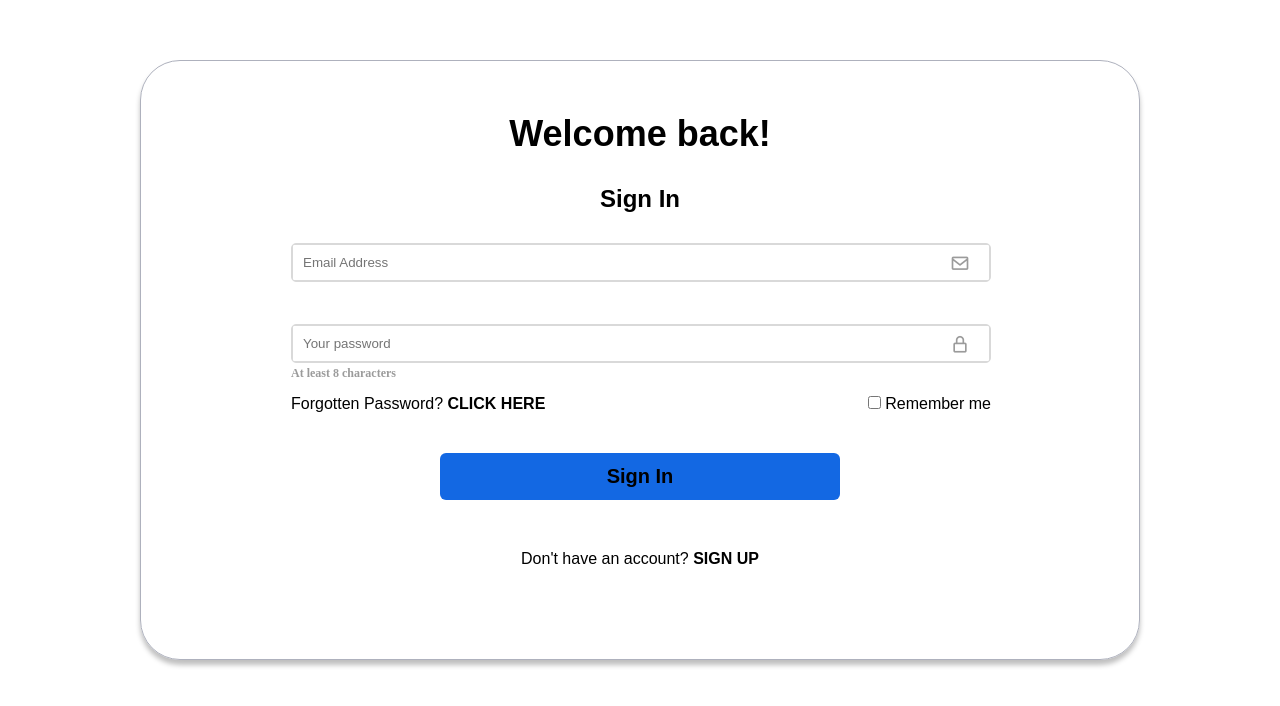
Repository: Rellzcodez/Group1-Team8
Page: pages/signin.html
The author's editor kept a copy of each file at every save. The page is drawn from the files as they stood at one save, then again after the next save.
The browser window is 1280 px wide. The pictures show the whole page.
The pointer rests on the first visible `.btn-submit`.

Above is the page before, as saved 2022-09-11 20:11:18.

### pages/signin.html
<!DOCTYPE html>
<html lang="en">
<head>
    <meta charset="UTF-8">
    <meta http-equiv="X-UA-Compatible" content="IE=edge">
    <meta name="viewport" content="width=device-width, initial-scale=1.0">
    <link rel="icon" type="image/png" sizes="32x32" href="/images/favicon-32x32.png">
    <link href='https://unpkg.com/boxicons@2.1.2/css/boxicons.min.css' rel='stylesheet'>
    <link rel="stylesheet" href="/css/signin.css">
    <title>SIGN IN</title>
</head>
 <body>
    <div class="form-container">
     <h1 class="heading">Welcome back!</h1>
    <form action="action_page.php" class="login active" method="post">

        <h2 class="heading">Sign In</h2>
     <div class="container">
        <div class="email">
            <input type="email" placeholder="Email Address" name="email" required>
            <i class='bx bx-envelope'></i>
        </div>
        <div class="password">
            <input type="password" pattern=".{8,}" id="password" placeholder="Your password" required>
            <i class='bx bx-lock-alt' ></i>
        </div>
        <span class="help-text">At least 8 characters</span>
        </div>

        <div class="container2">
            <p>Forgotten Password? <span><a href="#">CLICK HERE</a></span></p>
                <div class="checkbox">
                <input type="checkbox" name="remember"> Remember me
                </div>
               </div>
        <div class="btn">
            <button type="submit" class="btn-submit"><b><a href="#">Sign In</a></b></button>
        </div>
        <div class="signup">
            <p>Don't have an account? <span><a href="/pages/signup.html" onclick="switchForm('login', event)">SIGN UP</a></span></p>
        </div>
     </form>
    </div>
    <script src="signin.js"></script>
</body>
 </html>

### css/signin.css
*{
    padding: 0;
    margin: 0;
    box-sizing: border-box;
}

body{
    display: flex;
    justify-content: center;
    margin: 0 auto;
    align-items: center;
    place-items: center;
    min-height: 100vh;
    padding: 0 16px;

}
a {
    color: #000;
    transition: all .3s ease;
    text-decoration: none;
}
a:hover {
    color: #C6C6C6;
}

.form-container{
    background: rgba(255, 255, 255, 0.82);
     border: 1px solid #AEB1BD;
    box-shadow: 0px 5px 5px rgba(0, 0, 0, 0.25);
    border-radius: 40px;
    margin: 2% auto;
    width: 1000px;
    height: 600px;
}
h1, h2, .btn{
    text-align: center;
    font-family: 'Poppins', sans-serif;
    margin-bottom: 30px;
}
h1{
    font-size: 36px;
    font-weight: 700;
    margin-top: 52px;
}
h2{
    font-size: 24px;
    font-weight: 700;
    margin-top: 30px;
}

.container, .container2{
    width: 700px;
    margin: 0 150px 0 150px;
    margin-bottom: 14px;
}
.email, .password{
    font-family: 'Poppins', sans-serif;
    font-weight: 400;
    font-size: 20px;
    width: 700px;
    border: 1px solid #D9D9D9;
    border-radius: 5px;
    color: #858A9B;
    width: 100%;
    position: relative;
}
.email{
    margin-bottom: 42px;
    width: 100%;
    position: relative;
}
.password{
    /* margin-bottom: 24px; */
    width: 100%;
    position: relative;
}

.email input {
    padding: 12px 40px 12px 20px;
    outline: none;
    border-radius: 6px;
    border: 1px solid #AEB1BD;
    width: 100%;
    transition: all .3s ease;
}
.password input {
    padding: 12px 40px 12px 20px;
    outline: none;
    border-radius: 6px;
    border: 1px solid #AEB1BD;
    width: 100%;
    transition: all .3s ease;
}

/* Validation */
.email input:focus,
.email input:not(:placeholder-shown) {
    border-color: #277FFE;
    background: #F4F2FF;
}
.email input:focus + i,
.email input:not(:placeholder-shown) + i {
    color: #277FFE;
}
.email input:focus:valid {
    box-shadow: 0 0 0 4px #AECFFF;
}

.email input:valid:not(:placeholder-shown) {
    border-color:#23AE00;
}
.email input:valid:not(:placeholder-shown) + i {
    color:#23AE00;
}
.email input:invalid:not(:placeholder-shown) {
    border-color:#FE2727;
}
.email input:invalid:not(:placeholder-shown) + i {
    color:#FE2727;
}
.email input:focus:invalid {
    box-shadow: 0 0 0 4px #FFD2D2;
}
.email input:focus,
.email input:focus:placeholder-shown {
    box-shadow: 0 0 0 4px #AECFFF;
}
    .password input:focus,
    .password input:not(:placeholder-shown) {
        border-color: #277FFE;
        background: #F4F2FF;
    }
    .password input:focus + i,
    .password input:not(:placeholder-shown) + i {
        color: #277FFE;
    }
    .password input:focus:valid {
        box-shadow: 0 0 0 4px #AECFFF;
    }

    .password input:valid:not(:placeholder-shown) {
        border-color:#23AE00;
    }
    .password input:valid:not(:placeholder-shown) + i {
        color:#23AE00;
    }
    .password input:invalid:not(:placeholder-shown) {
        border-color:#FE2727;
    }
    .password input:invalid:not(:placeholder-shown) + i {
        color:#FE2727;
    }
    .password input:focus:invalid {
        box-shadow: 0 0 0 4px #FFD2D2;
    }
    .password input:focus,
    .password input:focus:placeholder-shown {
        box-shadow: 0 0 0 4px #AECFFF;
    }
    /* Validation */
.email i {
    position: absolute;
   top: 50%;
   transform: translateY(-50%);
   right: 20px;
   color: #9B9B9B;
   pointer-events: none;
}
.password i {
   position: absolute;
   top: 50%;
   transform: translateY(-50%);
   right: 20px;
   color: #9B9B9B;
   pointer-events: none;
}
.container .help-text {
   font-size: 12px;
   color: #9B9B9B;
}

form input:not([type='checkbox']) {
    border: 1px solid #D9D9D9;
    outline: none;
    padding: 10px;
    width: 100%;
    border-radius: 2px;
    display: inline;
}

.container2 {
    display: flex;
    justify-content: space-between;
    margin-bottom: 40px;
    color: black;
    font-weight: 400;
    font-size: 16px;
    font-family: 'Poppins', sans-serif;
}

.container2 a{
    color: #000;
    text-decoration: none;
    font-weight: 700;
}
span{
    font-weight: 700;
    font-size: 16px;
}
.btn-submit {
    padding: 12px 0;
    width: 400px;
    color: #000;
    border-radius: 6px;
    cursor: pointer;
    transition: all .3s ease;
    border: none;
    font-size: 20px;
    font-weight: 500;
    background: #B4EFF5;
    margin-bottom: 20px;
    }
    .btn-submit:hover{
        color: #fff;
        background:#1368E3;
    }

.signup{
    text-align: center;
    font-family: 'Poppins', sans-serif;
}
.signup a{
    color: #000;
    font-weight: 700;
    text-decoration: none;
}

button:hover {
    background-color: #858A9B;
}

a.lighthover:hover {
    color: #C6C6C6;
}

### js/signin.js
function switchForm(className, e) {
    e.preventDefault();
    const allForm = document.querySelectorAll('form');
    const form = document.querySelector('form.${className}');

    allForm.forEach(item=> {
        item.classList.remove('active');
    })
    form.classList.add('active');
}

After the next save:
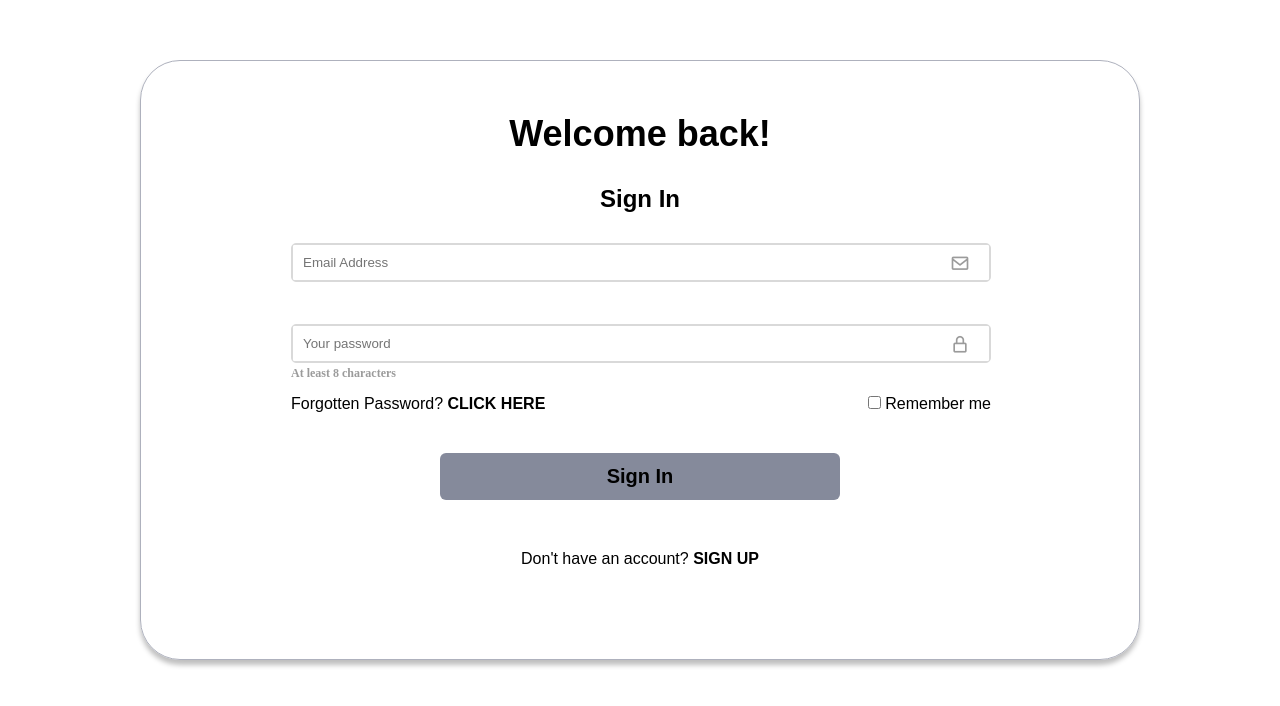
Saved 48 s later.
--- a/css/signin.css
+++ b/css/signin.css
@@ -222,7 +222,7 @@ span{
     }
     .btn-submit:hover{
         color: #fff;
-        background:#1368E3;
+        background: #858A9B;
     }
 
 .signup{
